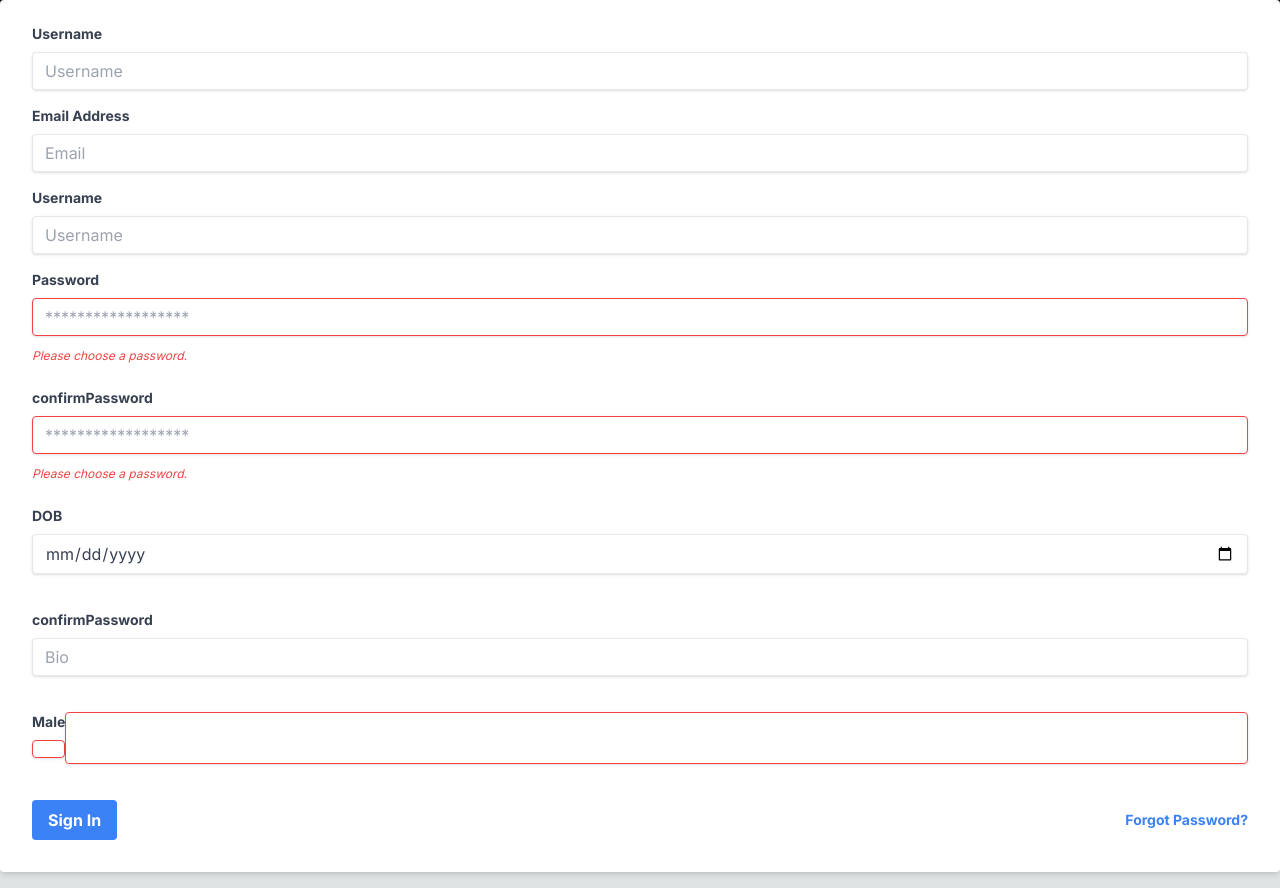
Repository: uh-sman/tiktok-card
Page: /
The author's editor kept a copy of each file at every save. The page is drawn from the files as they stood at one save, then again after the next save.
The browser window is 1280 px wide. The pictures show the whole page.
The project was rebuilt for these pictures with package versions that can differ from the ones it lists, and the page was loaded fresh each time. The framework's server and built-in components were replaced by stand-ins that run in the browser. Also part of the build but not shown: next.config.js.

Above is the page before, as saved 2023-12-19 12:17:05.

### app/page.tsx
'use client'
import Input from "./components/Input";
import { FieldValues, SubmitHandler, useForm } from "react-hook-form";
export default function Home() {
  // const { register, handleSubmit, reset } = useForm<FieldValues>({
  //   defaultValues: {
  //     Username: "",
  //     email: '',
  //     password: '',
  //     confirmPassword: '',
  //     DateOfBirth: '',
  //     Bio: '',
  //     gender: '',
  //     termsAndConditions: ''
  //   }
  // })

  // const onSubmit: SubmitHandler<FieldValues> = () => {

  // }

  return (
    <div className="bg-black h-screen w-screen">
      {/* <div className="flex justify-center"> */}
      <div className="flex justify-center  w-full flex-col">
      <form className="bg-white shadow-md rounded px-8 pt-6 pb-8 mb-4">
    <div className="mb-4">
      <label className="block text-gray-700 text-sm font-bold mb-2" htmlFor="username">
        Username
      </label>
      <Input onChange={() => {}} className="shadow appearance-none border rounded w-full py-2 px-3 text-gray-700 leading-tight focus:outline-none focus:shadow-outline" id="username" type="text" placeholder="Username" />
    </div>
    <div className="mb-4">
      <label className="block text-gray-700 text-sm font-bold mb-2" htmlFor="username">
        Email Address
      </label>
      <Input onChange={() => {}} className="shadow appearance-none border rounded w-full py-2 px-3 text-gray-700 leading-tight focus:outline-none focus:shadow-outline" id="email" type="email" placeholder="Email" />
    </div>
    <div className="mb-4">
      <label className="block text-gray-700 text-sm font-bold mb-2" htmlFor="username">
        Username
      </label>
      <Input onChange={() => {}} className="shadow appearance-none border rounded w-full py-2 px-3 text-gray-700 leading-tight focus:outline-none focus:shadow-outline" id="username" type="text" placeholder="Username" />
    </div>
    <div className="mb-6">
      <label className="block text-gray-700 text-sm font-bold mb-2" htmlFor="password">
        Password
      </label>
      <Input onChange={() => {}} className="shadow appearance-none border border-red-500 rounded w-full py-2 px-3 text-gray-700 mb-3 leading-tight focus:outline-none focus:shadow-outline" id="password" type="password" placeholder="******************" />
      <p className="text-red-500 text-xs italic">Please choose a password.</p>
    </div>
    <div className="mb-6">
      <label className="block text-gray-700 text-sm font-bold mb-2" htmlFor="password">
        confirmPassword
      </label>
      <Input onChange={() => {}} className="shadow appearance-none border border-red-500 rounded w-full py-2 px-3 text-gray-700 mb-3 leading-tight focus:outline-none focus:shadow-outline" id="confirmPassword" type="password" placeholder="******************" />
      <p className="text-red-500 text-xs italic">Please choose a password.</p>
    </div>
    <div className="mb-6">
      <label className="block text-gray-700 text-sm font-bold mb-2" htmlFor="password">
        DOB
      </label>
      <Input onChange={() => {}} className="shadow appearance-none border rounded w-full py-2 px-3 text-gray-700 mb-3 leading-tight focus:outline-none focus:shadow-outline" id="DateOfBirth" type="date" placeholder="DOB" />
      {/* <p className="text-red-500 text-xs italic">Please confirm your password.</p> */}
    </div>
    <div className="mb-6">
      <label className="block text-gray-700 text-sm font-bold mb-2" htmlFor="password">
        confirmPassword
      </label>
      <Input onChange={() => {}} className="shadow appearance-none border rounded w-full py-2 px-3 text-gray-700 mb-3 leading-tight focus:outline-none focus:shadow-outline" id="Bio" type="text" placeholder="Bio" />
      {/* <p className="text-red-500 text-xs italic">Please confirm your password.</p> */}
    </div>
    <div className="mb-6">
      <div className="flex">
        <div className="">
        <label className="block text-gray-700 text-sm font-bold mb-2" htmlFor="password">
        Male
      </label>
      <Input onChange={() => {}} className="shadow appearance-none border border-red-500 rounded w-full py-2 px-3 text-gray-700 mb-3 leading-tight focus:outline-none focus:shadow-outline" id="male" type="radio" placeholder="male" />
        </div>
      <Input onChange={() => {}} className="shadow appearance-none border border-red-500 rounded w-full py-2 px-3 text-gray-700 mb-3 leading-tight focus:outline-none focus:shadow-outline" id="female" type="checkbox" placeholder="female" />
      </div>
      {/* <p className="text-red-500 text-xs italic">Please confirm your password.</p> */}
    </div>
    <div className="flex items-center justify-between">
      <button className="bg-blue-500 hover:bg-blue-700 text-white font-bold py-2 px-4 rounded focus:outline-none focus:shadow-outline" type="button">
        Sign In
      </button>
      <a className="inline-block align-baseline font-bold text-sm text-blue-500 hover:text-blue-800" href="#">
        Forgot Password?
      </a>
    </div>
  </form>

      </div>
      {/* </div> */}
    </div>
  );
}



{/* <form class="max-w-sm mx-auto">
  <div class="mb-5">
    <label for="email" class="block mb-2 text-sm font-medium text-gray-900 dark:text-white">Your email</label>
    <input type="email" id="email" class="bg-gray-50 border border-gray-300 text-gray-900 text-sm rounded-lg focus:ring-blue-500 focus:border-blue-500 block w-full p-2.5 dark:bg-gray-700 dark:border-gray-600 dark:placeholder-gray-400 dark:text-white dark:focus:ring-blue-500 dark:focus:border-blue-500" placeholder="name@flowbite.com" required>
  </div>
  <div class="mb-5">
    <label for="password" class="block mb-2 text-sm font-medium text-gray-900 dark:text-white">Your password</label>
    <input type="password" id="password" class="bg-gray-50 border border-gray-300 text-gray-900 text-sm rounded-lg focus:ring-blue-500 focus:border-blue-500 block w-full p-2.5 dark:bg-gray-700 dark:border-gray-600 dark:placeholder-gray-400 dark:text-white dark:focus:ring-blue-500 dark:focus:border-blue-500" required>
  </div>
  <div class="flex items-start mb-5">
    <div class="flex items-center h-5">
      <input id="remember" type="checkbox" value="" class="w-4 h-4 border border-gray-300 rounded bg-gray-50 focus:ring-3 focus:ring-blue-300 dark:bg-gray-700 dark:border-gray-600 dark:focus:ring-blue-600 dark:ring-offset-gray-800 dark:focus:ring-offset-gray-800" required>
    </div>
    <label for="remember" class="ms-2 text-sm font-medium text-gray-900 dark:text-gray-300">Remember me</label>
  </div>
  <button type="submit" class="text-white bg-blue-700 hover:bg-blue-800 focus:ring-4 focus:outline-none focus:ring-blue-300 font-medium rounded-lg text-sm w-full sm:w-auto px-5 py-2.5 text-center dark:bg-blue-600 dark:hover:bg-blue-700 dark:focus:ring-blue-800">Submit</button>
</form> */}

### app/components/Input.tsx

type InputType = "text" | "password" | "file" | "email" | 'date' | 'checkbox' | "radio"

interface InputProps {
    id: string;
    className: string;
    placeholder: string;
    type: InputType;
    onChange: (value: string, file?: File ) => void;
}

const Input: React.FC<InputProps> = ({
    id,
    className,
    placeholder,
    type,
    onChange
}) => {
    const handleChange = (event: React.ChangeEvent<HTMLInputElement>) => {
        const { value, files } = event.target;
        if (type === 'file' && files) {
            onChange(value, files[0]);
        } else {
            onChange(value);
        }
    };

    return (
        <input
            id={id}
            className={className}
            placeholder={placeholder}
            type={type}
            onChange={handleChange}
        />
    );
};


export default Input;

Loaded but not shown: app/layout.tsx (common file); app/globals.css (common file); tailwind.config.ts (common file)

After the next save:
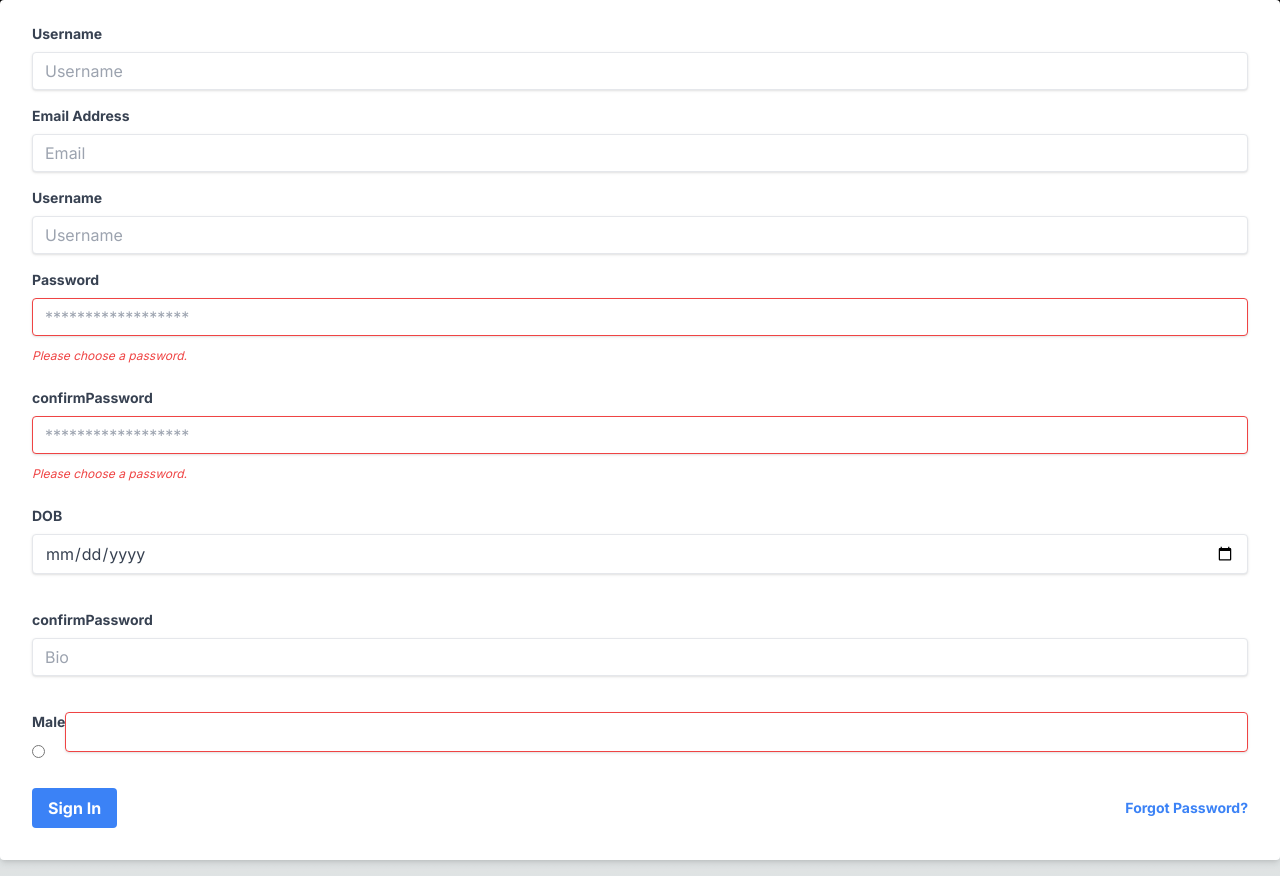
Saved 92 s later.
--- a/app/page.tsx
+++ b/app/page.tsx
@@ -76,11 +76,10 @@ export default function Home() {
         <label className="block text-gray-700 text-sm font-bold mb-2" htmlFor="password">
         Male
       </label>
-      <Input onChange={() => {}} className="shadow appearance-none border border-red-500 rounded w-full py-2 px-3 text-gray-700 mb-3 leading-tight focus:outline-none focus:shadow-outline" id="male" type="radio" placeholder="male" />
+      <Input onChange={() => {}} className="" id="male" type="radio" placeholder="male" />
         </div>
       <Input onChange={() => {}} className="shadow appearance-none border border-red-500 rounded w-full py-2 px-3 text-gray-700 mb-3 leading-tight focus:outline-none focus:shadow-outline" id="female" type="checkbox" placeholder="female" />
       </div>
-      {/* <p className="text-red-500 text-xs italic">Please confirm your password.</p> */}
     </div>
     <div className="flex items-center justify-between">
       <button className="bg-blue-500 hover:bg-blue-700 text-white font-bold py-2 px-4 rounded focus:outline-none focus:shadow-outline" type="button">
